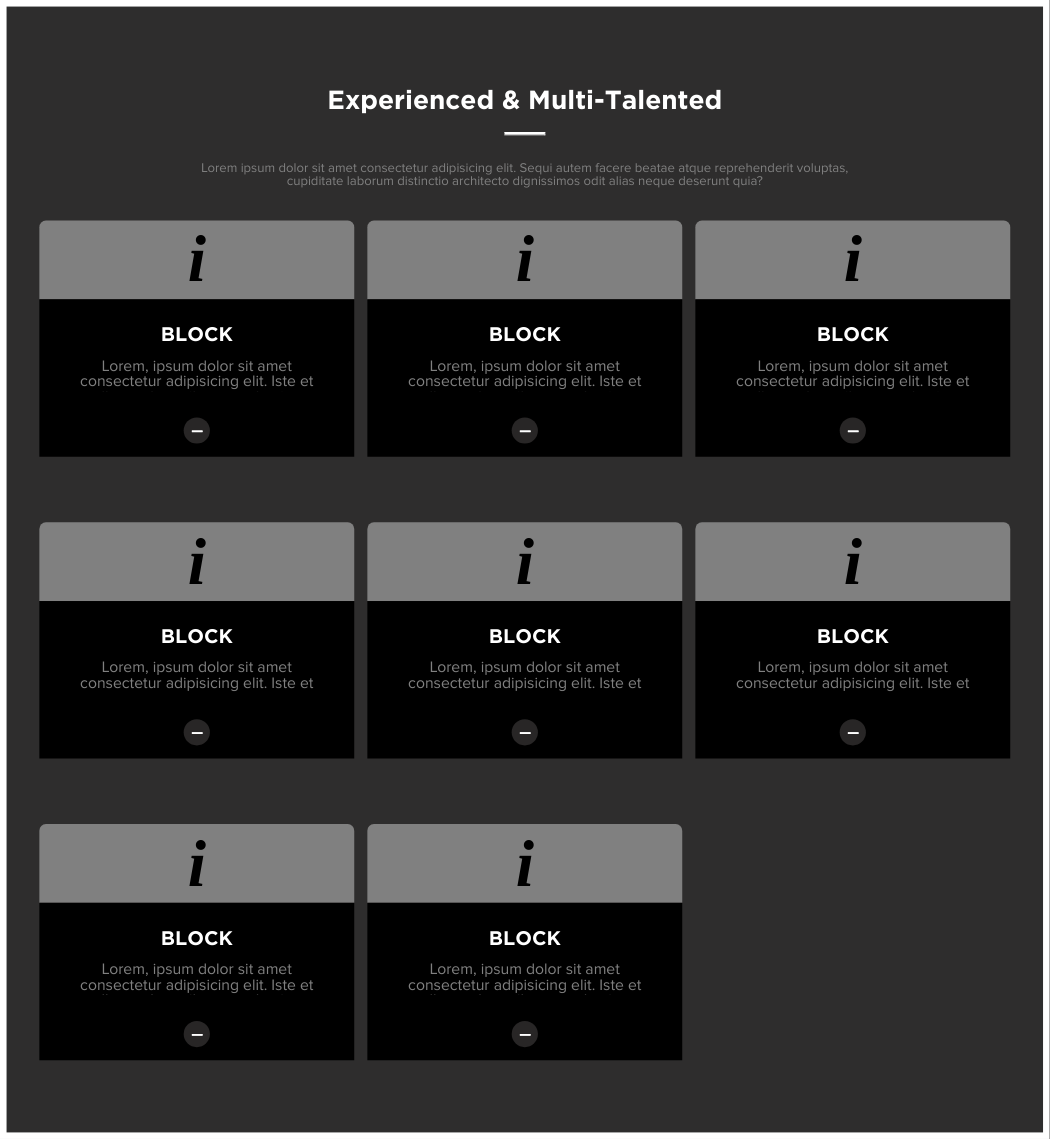
Repository: MohmdMHR/limesharp-test
Page: /
These files come from the project's save history. The page is drawn as it stood at one moment and after the next save; the edit follows.
The browser window is 1280 px wide. The pictures show the whole page, at 82% of full size.
The project was rebuilt for these pictures with package versions that can differ from the ones it lists, and the page was loaded fresh each time. Also part of the build but not shown: vue.config.js.

Above is the page before, as saved 2022-07-20 19:02:43.

After the next save:
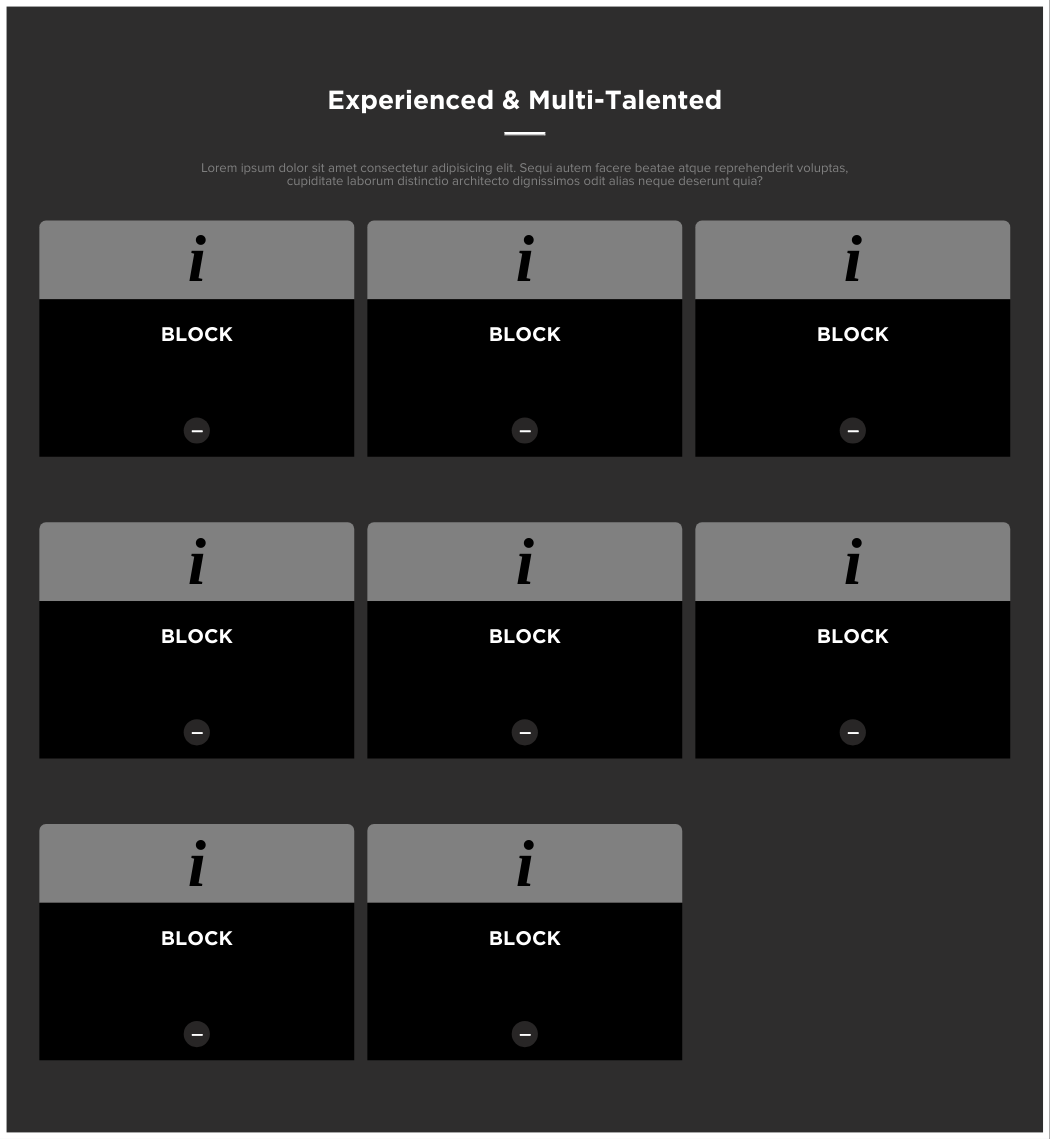
Saved 67 s later.
--- a/src/components/card.vue
+++ b/src/components/card.vue
@@ -5,8 +5,7 @@
       <div class="card-content">
         <h1 class="card-content-title">{{ title }}</h1>
         <p class="card-content-text" :class="{ collapsed: collapsed }">
-          Lorem, ipsum dolor sit amet consectetur adipisicing elit. Iste et
-          ullam voluptatibus a molestiae deleniti necessitatibus dolor.
+          {{ content }}
         </p>
         <div
           class="card-btn"
